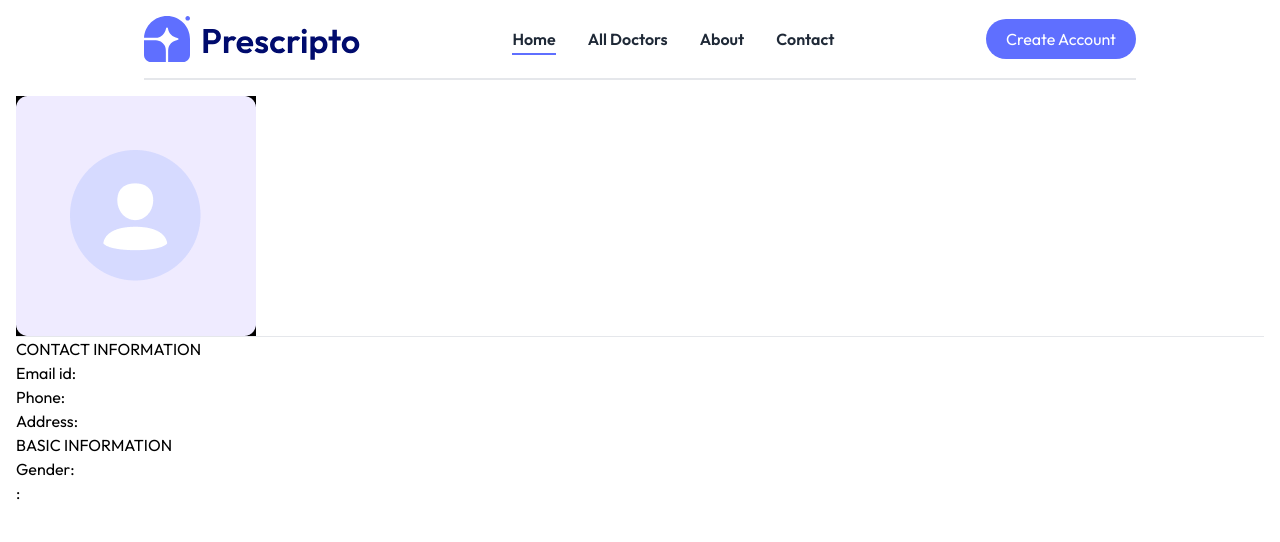
Repository: AzizHamdi99/Prescripto
Page: /profil (app in frontend/)
An editor plug-in stored every save of this project. The page is shown before and after the next save, followed by the edit.
The browser window is 1280 px wide. The pictures show the whole page.
The page's requests for data from a server got no answer. The project was rebuilt for these pictures with package versions that can differ from the ones it lists, and the page was loaded fresh each time. No one was signed in, and anything a server would have sent is missing. Also part of the build but not shown: frontend/vite.config.js, frontend/src/components/Hero.jsx, frontend/src/components/Speciality.jsx, frontend/src/components/DoctorCard.jsx, frontend/src/components/TopDoctors.jsx, frontend/src/components/Banner.jsx, frontend/src/components/Footer.jsx, frontend/src/pages/Home.jsx and 7 more.

Above is the page before, as saved 2025-01-15 18:27:17.

After the next save:
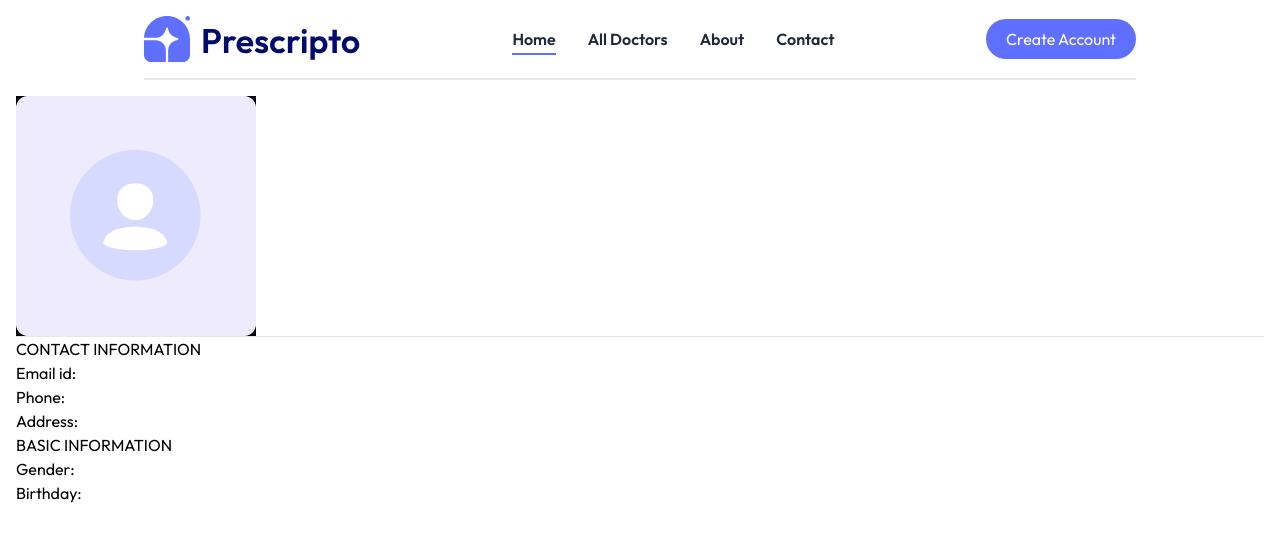
Saved 5 s later.
--- a/frontend/src/pages/Profile.jsx
+++ b/frontend/src/pages/Profile.jsx
@@ -67,7 +67,7 @@
 
         <div>
           <p>Gender:</p>
-          <p>:</p>
+          <p>Birthday:</p>
         </div>
       </div>
 
